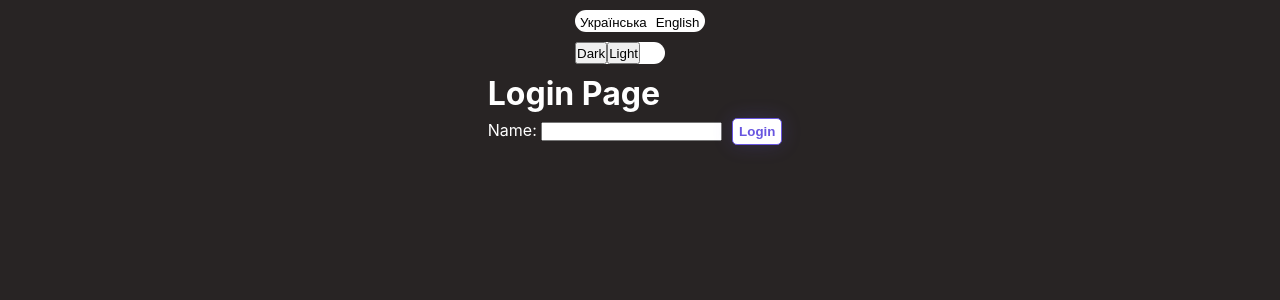
Repository: Novoselets28/star-wars-hooks
Page: /
The author's editor kept a copy of each file at every save. The page is drawn from the files as they stood at one save, then again after the next save.
The browser window is 1280 px wide. The pictures show the whole page.
The project was rebuilt for these pictures with package versions that can differ from the ones it lists, and the page was loaded fresh each time. Also part of the build but not shown: src/components/HomePage.jsx, src/components/People/CurrentPeople.jsx, src/components/People/PeopleList.jsx, src/components/People/People.jsx, src/components/Planets/CurrentPlanet.jsx, src/components/Planets/PlanetsList.jsx, src/components/Planets/Planets.jsx, src/components/Starships/CurrentStarship.jsx and 4 more.

Above is the page before, as saved 2023-03-27 19:48:43.

After the next save:
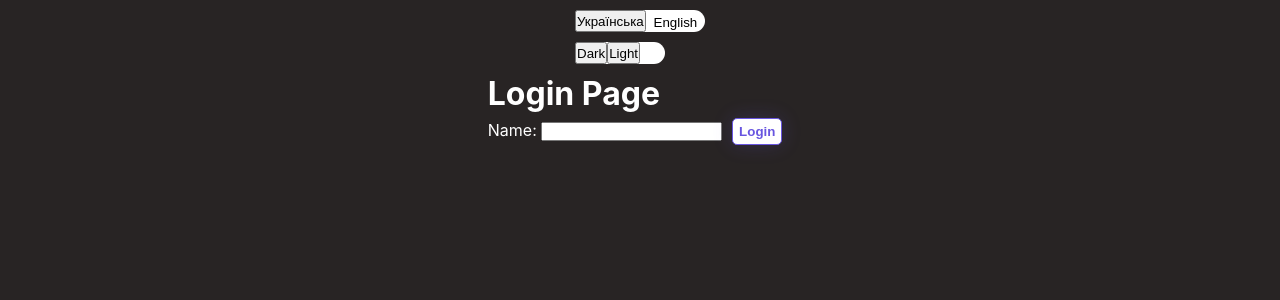
Saved 44 s later.
--- a/src/components/Header.jsx
+++ b/src/components/Header.jsx
@@ -16,8 +16,8 @@
   return (
     <div>
       <div className="button-box-lang">
-        <button className={language==="ukr" ? "active" : "not-active"} onClick={()=>setLanguage("ukr")}>Українська</button>
-        <button className={language==="eng" ? "active" : "not-active"} onClick={()=>setLanguage("eng")}>English</button>
+        <button className={language==="ukr" ? "active" : ""} onClick={()=>setLanguage("ukr")}>Українська</button>
+        <button className={language==="eng" ? "" : "not-active"} onClick={()=>setLanguage("eng")}>English</button>
       </div>
       <div className="button-box-theme">
         <button className={theme==="light" ? "dark" : ""} onClick={()=>setTheme("dark")}>Dark</button>
